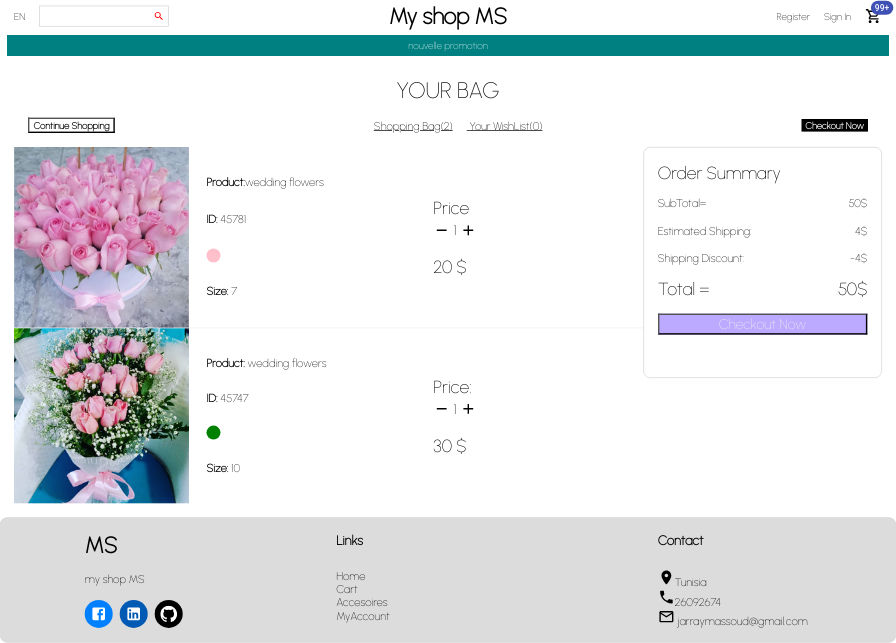
Repository: jarraymassaoud/react-web
Page: /
An editor plug-in stored every save of this project. The page is shown before and after the next save, followed by the edit.
The browser window is 1280 px wide. The pictures show the part of the page from y = 0 to 1920 px (the page is 918 px tall before and 2807 px after), at 70% of full size.
The project was rebuilt for these pictures with package versions that can differ from the ones it lists, and the page was loaded fresh each time. Also part of the build but not shown: src/pages/Login.jsx, src/pages/Bunch.jsx.

Above is the page before, as saved 2022-05-31 23:40:57.

### public/index.html
<!DOCTYPE html>
<html lang="en">
  <head>
    <meta charset="utf-8" />
    <link rel="icon" href="%PUBLIC_URL%/favicon.ico" />
    <meta name="viewport" content="width=device-width, initial-scale=1" />
    <meta name="theme-color" content="#000000" />
    <meta
      name="description"
      content="Web site created using create-react-app"
    />
    <link rel="preconnect" href="https://fonts.googleapis.com" />
    <link rel="preconnect" href="https://fonts.gstatic.com" crossorigin />
    <link
      href="https://fonts.googleapis.com/css2?family=Urbanist:wght@100&display=swap"
      rel="stylesheet"
    />
    <style>
      * {
        margin: 0;
        font-family: "Urbanist", sans-serif;
      }
    </style>
    <!--
      manifest.json provides metadata used when your web app is installed on a
      user's mobile device or desktop. See https://developers.google.com/web/fundamentals/web-app-manifest/
    -->
    <!--
      Notice the use of %PUBLIC_URL% in the tags above.
      It will be replaced with the URL of the `public` folder during the build.
      Only files inside the `public` folder can be referenced from the HTML.

      Unlike "/favicon.ico" or "favicon.ico", "%PUBLIC_URL%/favicon.ico" will
      work correctly both with client-side routing and a non-root public URL.
      Learn how to configure a non-root public URL by running `npm run build`.
    -->
    <title>React App</title>
  </head>
  <body>
    <noscript>You need to enable JavaScript to run this app.</noscript>
    <div id="root"></div>
    <!--
      This HTML file is a template.
      If you open it directly in the browser, you will see an empty page.

      You can add webfonts, meta tags, or analytics to this file.
      The build step will place the bundled scripts into the <body> tag.

      To begin the development, run `npm start` or `yarn start`.
      To create a production bundle, use `npm run build` or `yarn build`.
    -->
  </body>
</html>

### src/App.jsx
import React from "react";
import Cart from "./pages/Cart";
import Login from "./pages/Login";
import Home from "./pages/Home";
import Bunch from "./pages/Bunch";

const App = () => {
  return <Cart />;
};

export default App;

### src/pages/Cart.jsx
import { Remove, Add } from "@material-ui/icons";
import styled from "styled-components";
import Annonce from "../components/Annonce";
import Footer from "../components/Footer";
import Navbar from "../components/Navbar";
const Container = styled.div``;
const Wrapper = styled.div`
  padding: 20px;
`;

const Title = styled.h1`
  font-weight: 300;
  text-align: center;
`;
const Top = styled.div`
  display: flex;
  align-items: center;
  justify-content: space-between;
  padding: 20px;
`;
const TopButton = styled.button`
  font-weight: 600;
  text-align: center;
  cursor: pointer;
  border: ${(props) => props.type === "filled" && "none"};
  background-color: ${(props) =>
    props.type === "filled" ? "black" : "transparent"};
  color: ${(props) => props.type === "filled" && "white"};
`;
const TopTexts = styled.div``;
const TopText = styled.span`
  text-decoration: underline;
  cursor: pointer;
  margin: 0px 10px;
`;
const Bottom = styled.div`
  display: flex;
  justify-content: space-between;
`;
const Info = styled.div`
  flex: 3;
`;
const Product = styled.div`
  display: flex;
  justify-content: space-between;
`;
const ProductDetail = styled.div`
  flex: 2;
  display: flex;
`;
const Image = styled.img`
  width: 250px;
`;
const Details = styled.div`
  margin: 5px;
  padding: 20px;
  display: flex;
  flex-direction: column;
  justify-content: space-around;
`;
const ProductName = styled.span``;
const ProductId = styled.span``;
const ProductColor = styled.div`
  width: 20px;
  height: 20px;
  border-radius: 50%;
  background: ${(props) => props.color};
`;
const ProductSize = styled.span``;
const PriceDetail = styled.div`
  font-size: 25px;
  flex: 1;
  display: flex;
  flex-direction: column;
  align-content: center;
  justify-content: center;
`;

const ProductAmountContainer = styled.div`
  margin-bottom: 20px;
  display: flex;
  align-items: center;
`;
const ProductAmount = styled.div`
  font-size: 20px;
  margin: 5px;
`;
const ProductPrice = styled.div`
  font-size: 25px;
  font-weight: 300;
`;

const Hr = styled.hr`
  background-color: #eee;
  border: none;
  height: 1px;
`;
const Summary = styled.div`
  flex: 1;
  border: 0.5px solid lightgray;
  border-radius: 10px;
  padding: 20px;
  height: 40vh;
`;
const SummaryTitle = styled.h1`
  font-weight: 300;
  font-size: 25px;
`;
const SummaryItem = styled.div`
  margin: 20px 0px;
  display: flex;
  justify-content: space-between;
  font-weight: ${(props) => props.type === "total" && "500"};
  font-size: ${(props) => props.type === "total" && "25px"};
`;

const SummaryItemText = styled.span``;
const SummaryItemPrice = styled.span``;
const Button = styled.button`
  width: 100%;
  background-color: #baf;
  color: #eee;
  cursor: pointer;
  border: 50%;
  font-weight: 300;
  font-size: 20px;
`;
const Cart = () => {
  return (
    <Container>
      <Navbar />
      <Annonce />
      <Wrapper>
        <Title>YOUR BAG</Title>
        <Top>
          <TopButton> Continue Shopping</TopButton>
          <TopTexts>
            <TopText>Shopping Bag(2)</TopText>
            <TopText> Your WishList(0)</TopText>
          </TopTexts>
          <TopButton type="filled"> Checkout Now</TopButton>
        </Top>
        <Bottom>
          <Info>
            <Product>
              <ProductDetail>
                <Image src="images/img21.jpg" />
                <Details>
                  <ProductName>
                    <b>Product:</b>
                    wedding flowers
                  </ProductName>
                  <ProductId>
                    <b>ID:</b> 45781
                  </ProductId>
                  <ProductColor color="pink" />

                  <ProductSize>
                    <b>Size:</b> 7
                  </ProductSize>
                </Details>
              </ProductDetail>
              <PriceDetail>
                Price
                <ProductAmountContainer>
                  <Remove />

                  <ProductAmount>1</ProductAmount>
                  <Add />
                </ProductAmountContainer>
                <ProductPrice>20 $</ProductPrice>
              </PriceDetail>
            </Product>

            <Hr />
            <Product>
              <ProductDetail>
                <Image src="images/img30.jpg" />
                <Details>
                  <ProductName>
                    <b>Product:</b> wedding flowers
                  </ProductName>
                  <ProductId>
                    <b>ID:</b> 45747
                  </ProductId>
                  <ProductColor color="green" />

                  <ProductSize>
                    <b>Size:</b> 10
                  </ProductSize>
                </Details>
              </ProductDetail>
              <PriceDetail>
                Price:
                <ProductAmountContainer>
                  <Remove />

                  <ProductAmount>1</ProductAmount>
                  <Add />
                </ProductAmountContainer>
                <ProductPrice>30 $</ProductPrice>
              </PriceDetail>
            </Product>
          </Info>
          <Summary>
            <SummaryTitle>Order Summary</SummaryTitle>
            <SummaryItem>
              <SummaryItemText>SubTotal= </SummaryItemText>
              <SummaryItemPrice>50$</SummaryItemPrice>
            </SummaryItem>

            <SummaryItem>
              <SummaryItemText>Estimated Shipping:</SummaryItemText>
              <SummaryItemPrice> 4$</SummaryItemPrice>
            </SummaryItem>
            <SummaryItem>
              <SummaryItemText>Shipping Discount:</SummaryItemText>
              <SummaryItemPrice> -4$</SummaryItemPrice>
            </SummaryItem>
            <SummaryItem type="total">
              <SummaryItemText>Total =</SummaryItemText>
              <SummaryItemPrice> 50$</SummaryItemPrice>
            </SummaryItem>
            <Button> Checkout Now</Button>
          </Summary>
        </Bottom>
      </Wrapper>
      <Footer />
    </Container>
  );
};

export default Cart;

### src/components/Annonce.jsx
import styled from "styled-components";

const Container = styled.div`
  height: 30px;
  background-color: teal;
  color: white;
  display: flex;
  align-items: center;
  justify-content: center;
  font-size: 14px;
  font-weight: 500;
  margin: 10px;
`;

const Annonce = () => {
  return (
    <div>
      <Container>nouvelle promotion</Container>
    </div>
  );
};

export default Annonce;

### src/components/Footer.jsx
import {
  Facebook,
  GitHub,
  LinkedIn,
  MailOutline,
  Phone,
  Room,
} from "@material-ui/icons";
import React from "react";
import styled from "styled-components";
const Container = styled.div`
  display: flex;
  border: 0.5px solid lightgray;
  border-radius: 10px;
  background-color: gainsboro;
`;
const Left = styled.div`
  flex: 1;
  display: flex;
  padding: 20px;
  flex-direction: column;
  margin-left: 100px;
`;
const Logo = styled.h1``;
const Desc = styled.p`
  margin: 20px 0px;
`;
const SocialContainer = styled.div`
  display: flex;
`;
const SocialIcon = styled.div`
  width: 40px;
  height: 40px;
  border-radius: 50%;
  color: white;
  background-color: #${(props) => props.color};
  display: flex;
  align-items: center;
  justify-content: center;
  margin-right: 10px;
`;

const Center = styled.div`
  flex: 1;
  padding: 20px;
  align-items: center;
  justify-content: center;
`;
const Title = styled.h3`
  margin-bottom: 30px;
`;
const List = styled.ul`
  margin: 0px;
  padding: 0px;
  list-style: none;
  flex-wrap: wrap;
`;
const ListItem = styled.li`
  width: 50%;
`;
const Right = styled.div`
  flex: 1;
  padding: 20px;
  justify-content: center;
  align-items: center;
  margin-left: 100px;
`;
const ContactItem = styled.div``;

const Footer = () => {
  return (
    <Container>
      <Left>
        <Logo> MS</Logo>
        <Desc>my shop MS</Desc>
        <SocialContainer>
          <SocialIcon color="0080ff">
            <Facebook />
          </SocialIcon>
          <SocialIcon color="0059b3">
            <LinkedIn />
          </SocialIcon>
          <SocialIcon color="000000">
            <GitHub />
          </SocialIcon>
        </SocialContainer>
      </Left>
      <Center>
        <Title> Links</Title>
        <List>
          <ListItem>Home</ListItem>
          <ListItem>Cart</ListItem>
          <ListItem>Accesoires</ListItem>
          <ListItem>MyAccount</ListItem>
        </List>
      </Center>
      <Right>
        <Title> Contact</Title>
        <ContactItem>
          <Room />
          Tunisia
        </ContactItem>
        <ContactItem>
          <Phone />
          26092674
        </ContactItem>
        <ContactItem>
          <MailOutline /> jarraymassoud@gmail.com
        </ContactItem>
      </Right>
    </Container>
  );
};

export default Footer;

### src/components/Navbar.jsx
import { Search, ShoppingCartOutlined } from "@material-ui/icons";
import { Badge } from "@material-ui/core";
import React from "react";
import styled from "styled-components";

const Container = styled.div`
  height: 40px;
`;

const Wrapper = styled.div`
  padding: 4px 20px;
  display: flex;
  justify-content: space-between;
`;

const Left = styled.div`
  flex: 1;
  display: flex;
  align-items: center;
`;

const Language = styled.span`
  font-size: 14px;
  cursor: pointer;
`;
const SearchContainer = styled.div`
  border: 0.5px solid lightgray;
  display: flex;
  align-items: center;
  margin-left: 20px;
  padding: 5px;
`;
const Input = styled.input`
  border: none;
`;
const Center = styled.div`
  flex: 1;
  text-align: center;
`;
const Logo = styled.h1`
  font-weight: bold;
  display: flex;
  justify-content: center;
`;
const Right = styled.div`
  flex: 1;
  display: flex;
  align-items: center;
  justify-content: flex-end;
`;
const MenuItem = styled.div`
  font-size: 14px;
  cursor: pointer;
  margin-left: 20px;
`;
const Navbar = () => {
  return (
    <Container>
      <Wrapper>
        <Left>
          <Language>EN</Language>
          <SearchContainer>
            <Input />
            <Search style={{ color: "red", fontSize: 16 }} />
          </SearchContainer>
        </Left>
        <Center>
          <Logo>My shop MS</Logo>
        </Center>
        <Right>
          <MenuItem>Register</MenuItem>
          <MenuItem> Sign In</MenuItem>
          <MenuItem>
            <Badge badgeContent={100} color="primary" max={99}>
              <ShoppingCartOutlined />
            </Badge>
          </MenuItem>
        </Right>
      </Wrapper>
    </Container>
  );
};

export default Navbar;

### src/pages/Home.jsx
import React from "react";
import Annonce from "../components/Annonce";
import Navbar from "../components/Navbar";
import Slider from "../components/Slider";
import Categories from "../components/Categories";
import Products from "../components/Products";
import Newsletter from "../components/Newsletter";
import Footer from "../components/Footer";

const Home = () => {
  return (
    <div>
      <Annonce />
      <Navbar />
      <Slider />
      <Categories />
      <Products />
      <Newsletter />
      <Footer />
    </div>
  );
};

export default Home;

### src/components/Slider.jsx
import React from "react";

import { ArrowLeftOutlined, ArrowRightOutlined } from "@material-ui/icons";
import styled from "styled-components";
import { sliderItems } from "../data";
import { useState } from "react";

const Container = styled.div`
  width: 100%;
  height: 120vh;
  display: flex;
  position: relative;
  overflow: hidden;
`;

const Arrow = styled.div`
  width: 50px;
  height: 50px;
  border-radius: 50%;
  display: flex;
  align-items: center;
  justify-content: center;
  position: absolute;
  top: 0%;
  left: ${(props) => props.direction === "left" && "10px"};
  right: ${(props) => props.direction === "right" && "10px"};
  bottom: 5%;
  margin: auto;
  cursor: pointer;
  opacity: 0.5;
  z-index: 2;
`;
const Wrapper = styled.div`
  height: 90%;
  display: flex;
  transition: all 1.5s ease;
  transform: translateX(${(props) => props.slideIndex * -100}vw);
`;
const Slide = styled.div`
  width: 100vw;
  height: 100vh;
  display: flex;
  align-items: center;
  background-color: #${(props) => props.bg};
`;
const ImgContainer = styled.div`
  padding-left: 50px;
  height: 90%;
  flex: 1;
`;
const InfoContainer = styled.div`
  flex: 1;
`;
const Image = styled.img`
  height: 100%;
`;
const Title = styled.h1`
  font-family: sans-serif;
  font-size: 50px;
`;
const Desc = styled.p`
  margin: 30px 0px;
  font-size: 20px;
  font-weight: 500;
  letter-spacing: 2px;
`;
const Button = styled.button`
  padding: 10px;
  font-size: 20px;
  background-color: transparent;
  cursor: pointer;
`;

const Slider = () => {
  const [slideIndex, setSlideIndex] = useState(0);
  const handleClick = (direction) => {
    if (direction === "left") {
      setSlideIndex(slideIndex > 0 ? slideIndex - 1 : 2);
    } else {
      setSlideIndex(slideIndex < 2 ? slideIndex + 1 : 0);
    }
  };

  return (
    <Container>
      <Arrow direction="left" onClick={() => handleClick("left")}>
        <ArrowLeftOutlined />
      </Arrow>
      <Wrapper slideIndex={slideIndex}>
        {sliderItems.map((item) => (
          <Slide>
            <ImgContainer>
              <Image src={item.img} />
            </ImgContainer>
            <InfoContainer>
              <Title>{item.title}</Title>
              <Desc>{item.desc}</Desc>
              <Button>show new</Button>
            </InfoContainer>
          </Slide>
        ))}
      </Wrapper>

      <Arrow direction="right" onClick={() => handleClick("right")}>
        <ArrowRightOutlined />
      </Arrow>
    </Container>
  );
};

export default Slider;

### src/components/Categories.jsx
import styled from "styled-components";
import React from "react";
import { categories } from "../data";
import CategoryItem from "./CategoryItem";

const Container = styled.div`
  flex: 1;
  display: flex;
  padding: 20px;
`;
const Categories = () => {
  return (
    <Container>
      {categories.map((item) => (
        <CategoryItem item={item} />
      ))}
    </Container>
  );
};

export default Categories;

### src/components/Products.jsx
import styled from "styled-components";
import { products } from "../data";
import Product from "./Product";

const Container = styled.div`
  display: flex;
  padding: 20px;
  flex-wrap: wrap;
  justify-content: space-between;
`;
const Products = () => {
  return (
    <Container>
      {products.map((item) => (
        <Product item={item} key={item.id} />
      ))}
    </Container>
  );
};

export default Products;

### src/components/Newsletter.jsx
import { Send } from "@material-ui/icons";
import styled from "styled-components";

const Container = styled.div`
  height: 60vh;
  background-color: white;
  display: flex;
  align-items: center;
  justify-content: center;
  flex-direction: column;
`;
const Title = styled.h1`
  font-size: 70px;
`;
const Desc = styled.div`
  font-size: 30px;
  font-weight: 300;
`;
const InputContainer = styled.div`
  width: 50%;
  height: 40px;
  display: flex;
  justify-content: space-between;
  border: 1px solid lavender;
`;
const Input = styled.input`
  border: none;
  flex: 8;
`;
const Button = styled.button`
  flex: 1;
  border: none;
  background-color: #5ff;
`;

const Newsletter = () => {
  return (
    <Container>
      <Title> Newsletter</Title>
      <Desc> your web site</Desc>
      <InputContainer>
        <Input placeholder="your email" />
        <Button>
          <Send />
        </Button>
      </InputContainer>
    </Container>
  );
};

export default Newsletter;

### src/data.js
export const sliderItems = [
  {
    id: 1,
    img: "images/img1.jpg",
    title: "Fleur Winner",
    desc: "Bouquet de fleur rouge",
    bg: "fcf1ed",
  },

  {
    id: 2,
    img: "images/img25.jpg",
    title: "Fleur Summer",
    desc: "Bouquet de fleur rouge",
    bg: "f5fafd",
  },
  {
    id: 3,
    img: "images/img20.jpg",
    title: "Fleur Popular",
    desc: "Bouquet de fleur popular",
    bg: "fbf0f4",
  },
];

export const categories = [
  {
    id: 1,
    img: "images/img4.jpg",
    title: "Fleur Winner",
  },
  {
    id: 2,
    img: "images/img5.jpg",
    title: "Fleur Summer",
  },
  {
    id: 3,
    img: "images/img6.jpg",
    title: "Fleur Popular",
  },
];
export const products = [
  {
    id: 1,
    img: "images/img7.jpg",
  },
  {
    id: 2,
    img: "images/img8.jpg",
  },
  {
    id: 3,
    img: "images/img10.jpg",
  },
  {
    id: 4,
    img: "images/img11.jpg",
  },
  {
    id: 5,
    img: "images/img13.jpg",
  },

  {
    id: 6,
    img: "images/img14.jpg",
  },
  {
    id: 6,
    img: "images/img26.jpg",
  },
];

### src/components/CategoryItem.jsx
import React from "react";
import styled from "styled-components";

const Container = styled.div`
  flex: 1;
  margin: 5px;
  height: 60vh;
  background-color: #f5f;

  position: relative;
`;
const Image = styled.img`
  width: 100%;
  height: 100%;
  object-fit: cover;
`;
const Info = styled.div`
  position: absolute;
  top: 0%;
  left: 0%;
  width: 100%;
  height: 100%;
  align-items: center;
  display: flex;
  flex-direction: column;
  justify-content: center;
`;
const Title = styled.h1`
  margin-bottom: 20px;
`;
const Button = styled.button`
  border: none;
  padding: 10px;
  cursor: pointer;
  align-items: center;
  font-weight: 600%;
`;
const CategoryItem = ({ item }) => {
  return (
    <Container>
      <Image src={item.img} />
      <Info>
        <Title>{item.title}</Title>
        <Button> shop now</Button>
      </Info>
    </Container>
  );
};

export default CategoryItem;

### src/components/Product.jsx
import {
  FavoriteBorderOutlined,
  SearchOutlined,
  ShoppingCartOutlined,
} from "@material-ui/icons";
import styled from "styled-components";

const Info = styled.div`
  opacity: 0;
  width: 100%;
  height: 100%;
  top: 0%;
  left: 0%;
  position: absolute;
  background-color: rgba(0, 0, 0, 0.2);
  align-items: center;
  justify-content: center;
  display: flex;
  z-index: 3;
  transform: all 0.5s ease;
  cursor: pointer;
`;
const Container = styled.div`
  flex: 1;
  margin: 5px;
  min-width: 280px;
  height: 350px;
  display: flex;
  align-items: center;
  justify-content: center;
  background-color: #5ffa;
  position: relative;

  &:hover ${Info} {
    opacity: 1;
  }
`;
const Image = styled.img`
  height: 75%;
  z-index: 2;
  width: 70%;
`;
/*const Circle = styled.div`
  width: 200px;
  height: 200px;
  border-radius: 70%;
  background-color: white;
  position: absolute;
`;*/
const Icon = styled.div`
  width: 40px;
  height: 40px;
  border-radius: 50%;
  background-color: white;
  align-items: center;
  display: flex;
  justify-content: center;
  margin: 10px;
  transition: all 0.5s ease;

  &:hover {
    background-color: #e9f5f5;
    transform: scale(1.5);
  }
`;

const Product = ({ item }) => {
  return (
    <Container>
      <Image src={item.img} />
      <Info>
        <Icon>
          <SearchOutlined />
        </Icon>
        <Icon>
          <FavoriteBorderOutlined />
        </Icon>
        <Icon>
          <ShoppingCartOutlined />
        </Icon>
      </Info>
    </Container>
  );
};

export default Product;

Loaded but not shown: src/index.js (common file); src/index.css (common file); src/reportWebVitals.js (common file)

After the next save:
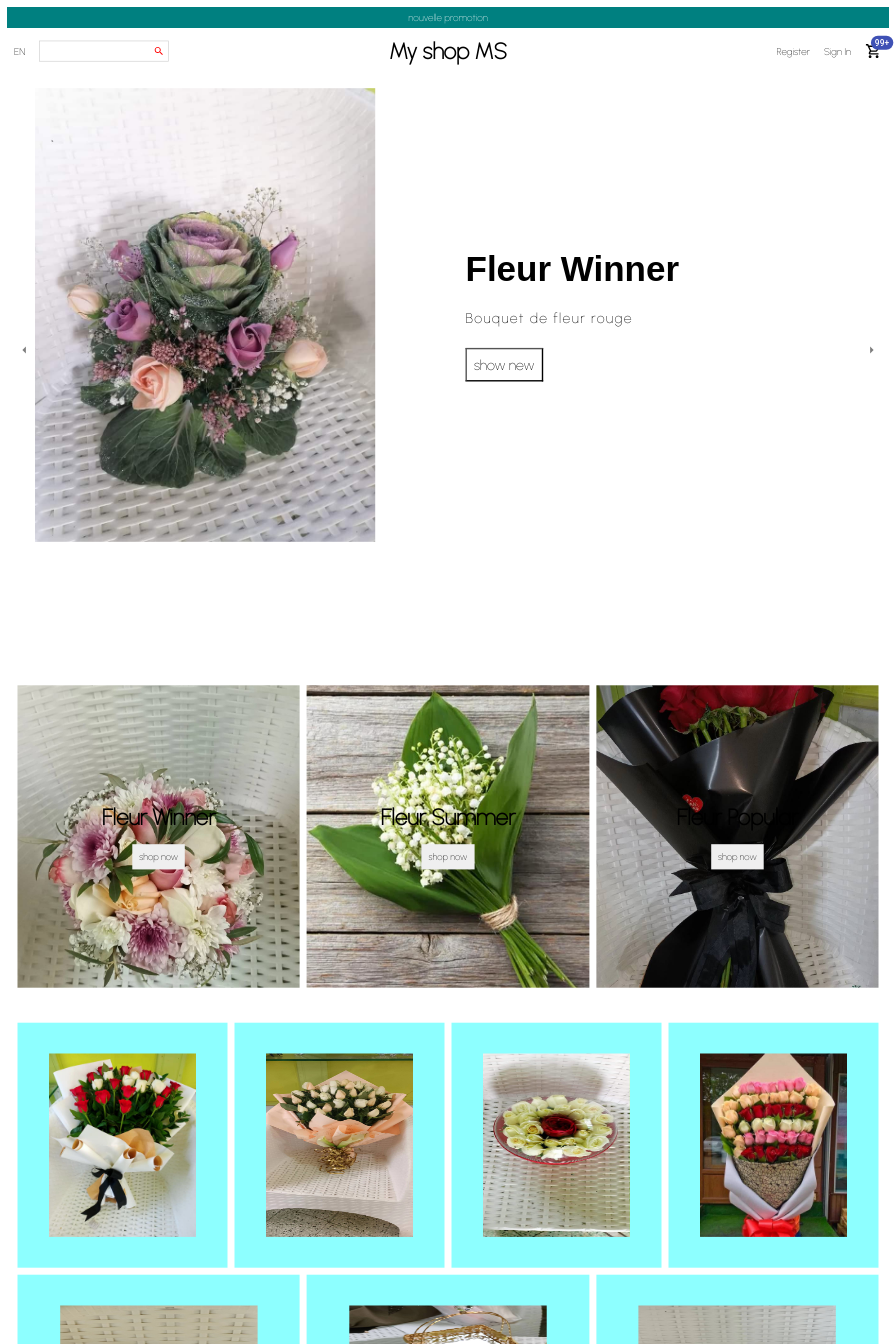
Saved 8 h 33 min later.
--- a/src/App.jsx
+++ b/src/App.jsx
@@ -5,7 +5,7 @@ import Home from "./pages/Home";
 import Bunch from "./pages/Bunch";
 
 const App = () => {
-  return <Cart />;
+  return <Home />;
 };
 
 export default App;
